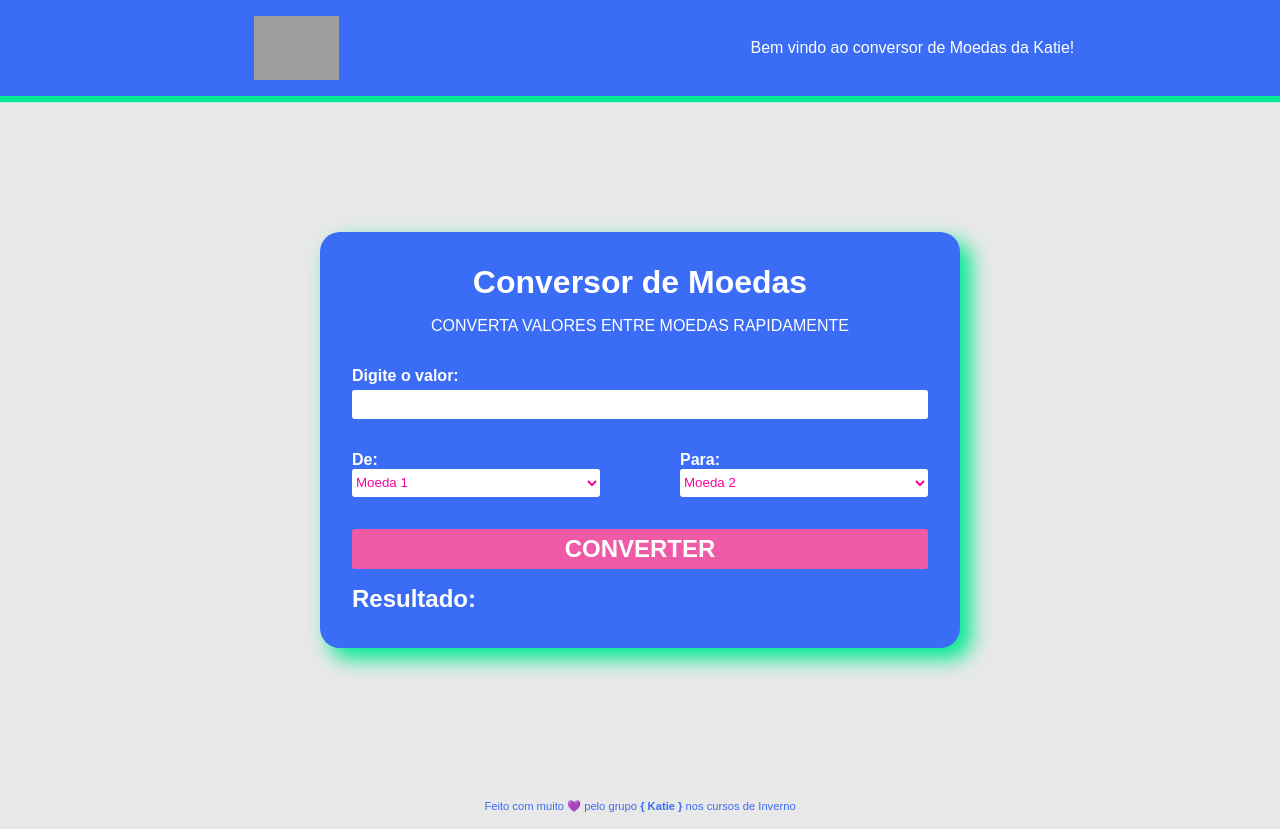
Repository: willamesalmeida/Conversor-de-Moedas
Page: index.html
The author's editor kept a copy of each file at every save. The page is drawn from the files as they stood at one save, then again after the next save.
The browser window is 1280 px wide. The pictures show the whole page.
Pictures or frames that could not be fetched are drawn as grey boxes.

Above is the page before, as saved 2022-08-07 15:25:32.

### index.html
<!DOCTYPE html>
<html lang="pt-br">
<head>
    <meta charset="UTF-8" />
    <meta name="viewport" content="width=device-width, initial-scale=1.0">
    <link rel="stylesheet" href="./global.css">
    <link rel="stylesheet" href="./styles.css">
    <title>Conversor de moedas KATIE</title>
</head>
<body>
    <script src="script.js"></script>

    <header class="cabecalho">
        <img class="gif-katie" src="https://ic.ufal.br/extensao/katie/resources/logoanim.gif"/>
        <p class="saudacao">Bem vindo ao conversor de Moedas da Katie!</p>
    </header>
    <main class="container">
        <section class="card">
            <header>
                <h2 class="titulo">Conversor de Moedas</h2>
                CONVERTA VALORES ENTRE MOEDAS RAPIDAMENTE
            </header>

            <section class="valor">
                <label>Digite o valor:</label>
                <input type="number" id="valor_inicial">
            </section>

            <section class="conversao">
                <div  class="converter-de">
                    <label>De:</label>
                    <select name="moedasde" id="moedasde">
                        <option value="de">Moeda 1</option>
                        <option value="USD">Dolar</option>
                        <option value="BRL">Real</option>
                        <option value="EUR">Euro</option>
                      </select>
                </div>

                <div class="converter-para">
                    <label>Para:</label>
                    <select name="moedaspara" id="moedaspara">
                        <option value="para">Moeda 2</option>
                        <option value="USD">Dolar</option>
                        <option value="BRL">Real</option>
                        <option value="EUR">Euro</option>
                      </select>
                </div>

            </section>
            <button type="submit" onclick="Converter()">CONVERTER</button>
            <h1>Resultado:</h1>
            <span id="resultado" class="resultado"></span>

        </section>

    </main>

    <footer>
        Feito com muito &#128156 pelo grupo <strong>{ Katie }</strong> nos cursos de Inverno
    </footer>


</body>
</html>

### global.css
@import url('https://fonts.googleapis.com/css2?family=Roboto+Flex:opsz,wght@8..144,400;8..144,500&family=Roboto:ital,wght@0,100;0,300;0,400;0,500;0,700;0,900;1,100;1,300;1,400;1,500;1,700;1,900&display=swap');
:root {
  --rosa-katie: #f8049c;
  --amarelo-katie: #fdd54f;
  --cinza-katie: #1f1f24;
  --rosa-claro: #EF5AA7;
  --branco:  #ffffff;
  --blue: #3A6CF5;
  --gray:#E8E8E8;
  --grey2: #EBEBF3;
  --red:#FF0000;
  --greendark:#007560;
  --greenlight:#27EDC4;
  --greenciano:#51EFD0;
  --azul:#006CF9;
  --greengreen:#00EB92;
}

* {
  margin: 0;
  padding: 0;
  box-sizing: border-box;
}

body {
  font-family: 'Roboto ', sans-serif;
  font-family: 'Roboto Flex ', sans-serif;
  color: #ffffff;
  background-color: var(--gray);

}

### styles.css
.cabecalho {
  background: var(--blue);
  padding: 1rem 0;
}
input, select{
  outline: none;
}

.gif-katie {
  margin-left: 3rem;
  height: 4rem;
}
.cabecalho{
  display: flex;
  align-items: center;
  justify-content: space-around;
  box-shadow: 1px 1px 1px 5px var(--greengreen)
}

.saudacao {
  text-align: center;

}

.container {
  padding: 2.5rem 1rem;
}

.card {
  background: var(--blue);
  width: 40rem;
  height: 26rem;
  border-radius: 20px;
  padding: 2rem;
  margin: 6rem auto;
  box-shadow: 10px 10px 20px 1px var(--greengreen)
}

header h2 {

  font-size: 2rem;
}

.titulo {
  margin-bottom: 1rem;
}

.card header {
  text-align: center;
}

.valor {
  margin: 2rem 0;
  display: flex;
  flex-direction: column;
}

label {
  font-size: 1rem;
  font-weight: bold;
  margin-bottom: 0.3rem;
}

input,
select {
  border: none;
  border-radius: 0.15rem;
  height: 1.8rem;
  width: 100%;
  background: var(--branco);
  color: var(--rosa-katie)
}

input {
    padding: 0.8rem;
}

.conversao {
    width: 100%;
    margin: 2rem 0;
    display: flex;
    flex-direction: row;
  }

.converter-de,
.converter-para {
  width: 100%;
}

.converter-de {
  margin-right: 2.5rem;
}

.converter-para {
  margin-left: 2.5rem;
}

button {
  background: var(--rosa-claro);
  border: none;
  border-radius: 0.15rem;
  width: 100%;
  height: 2.5rem;
  cursor: pointer;
  color: var(--branco);
  font-weight: bold;
  font-size: 1.5rem;
  transition: 0.5s;
  margin-bottom: 1rem;
}

#resultado {
    font-weight: bold;
    color: var(--amarelo-katie);
    font-size: 1.5rem;
    text-align: center;
}

button:hover {
  filter: brightness(0.8);
}

footer {
    margin: 1rem 0;
    color: var(--blue);
    font-size: 0.70rem;
    text-align: center;
}

### script.js
function Converter() {
  let input = parseFloat(document.getElementById("valor_inicial").value);
  let output = document.getElementById("resultado");
  let de = document.getElementById("moedasde");
  let para = document.getElementById("moedaspara");

  console.log(de.value);

  //Reais
  if (de.value == "BRL" && para.value != "Moeda 2") {
    let valorEmReais = input;
    let valor;
    if (para.value == "BRL") {
      valor = "O valor em reais é: R$" + valorEmReais.toFixed(2);
    } else if (para.value == "EUR") {
      valor = "O valor em euros é: €" + (valorEmReais * 0.1885).toFixed(2);
    } else if (para.value == "USD") {
      valor = "O valor em dólar é: $" + (valorEmReais * 0.1917).toFixed(2);
    }
    output.innerHTML = valor;
  } else if (de.value == "EUR" && para.value != "Moeda 2") {
    let valorEmEuros = input;
    let valor;

    if (para.value == "EUR") {
      valor = "O valor em euros é: €" + valorEmEuros.toFixed(2);
    } else if (para.value == "USD") {
      valor = "O valor em dólar é: $" + (valorEmEuros * 1.0167).toFixed(2);
    } else if (para.value == "BRL") {
      valor = "O valor em reais é: R$" + (valorEmEuros * 5.303).toFixed(2);
    }
    output.innerHTML = valor;
  } else if (de.value == "USD" && para.value != "Moeda 2") {
    console.log("entrou no else is do dolar");
    let valorEmDolar = input;
    let valor;

    if (para.value == "USD") {
      valor = "O valor em dólar é: $" + valorEmDolar.toFixed(2);
    } else if (para.value == "BRL") {
      valor = "O valor em dólar é: R$" + (valorEmDolar * 5.2159).toFixed(2);
    } else if (para.value == "EUR") {
      valor = "O valor em dólar é: €" + (valorEmDolar * 0.9832).toFixed(2);
    }
    output.innerHTML = valor;
  } else {
    output.innerHTML = "";
  }
}

After the next save:
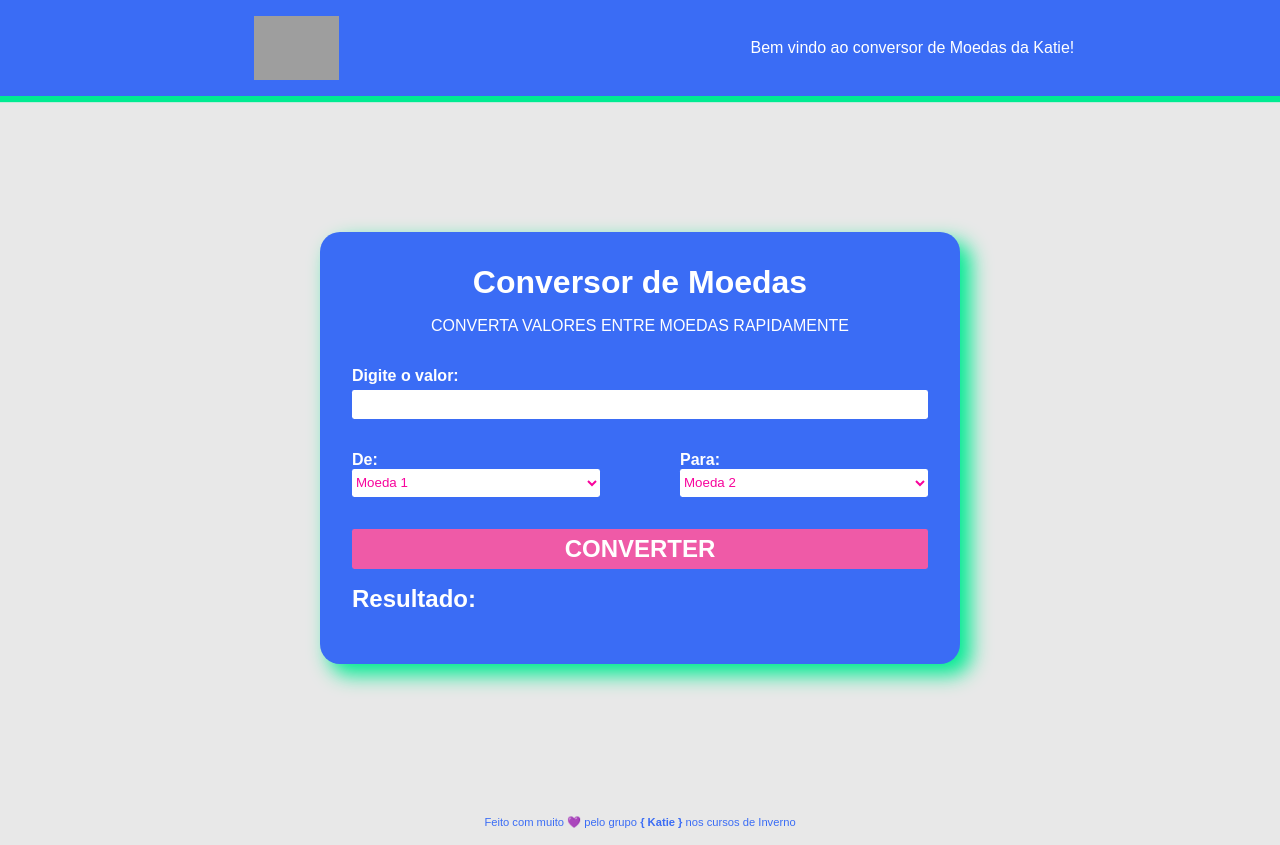
Saved 16 s later.
--- a/styles.css
+++ b/styles.css
@@ -29,7 +29,7 @@ input, select{
 .card {
   background: var(--blue);
   width: 40rem;
-  height: 26rem;
+  height: 27rem;
   border-radius: 20px;
   padding: 2rem;
   margin: 6rem auto;
